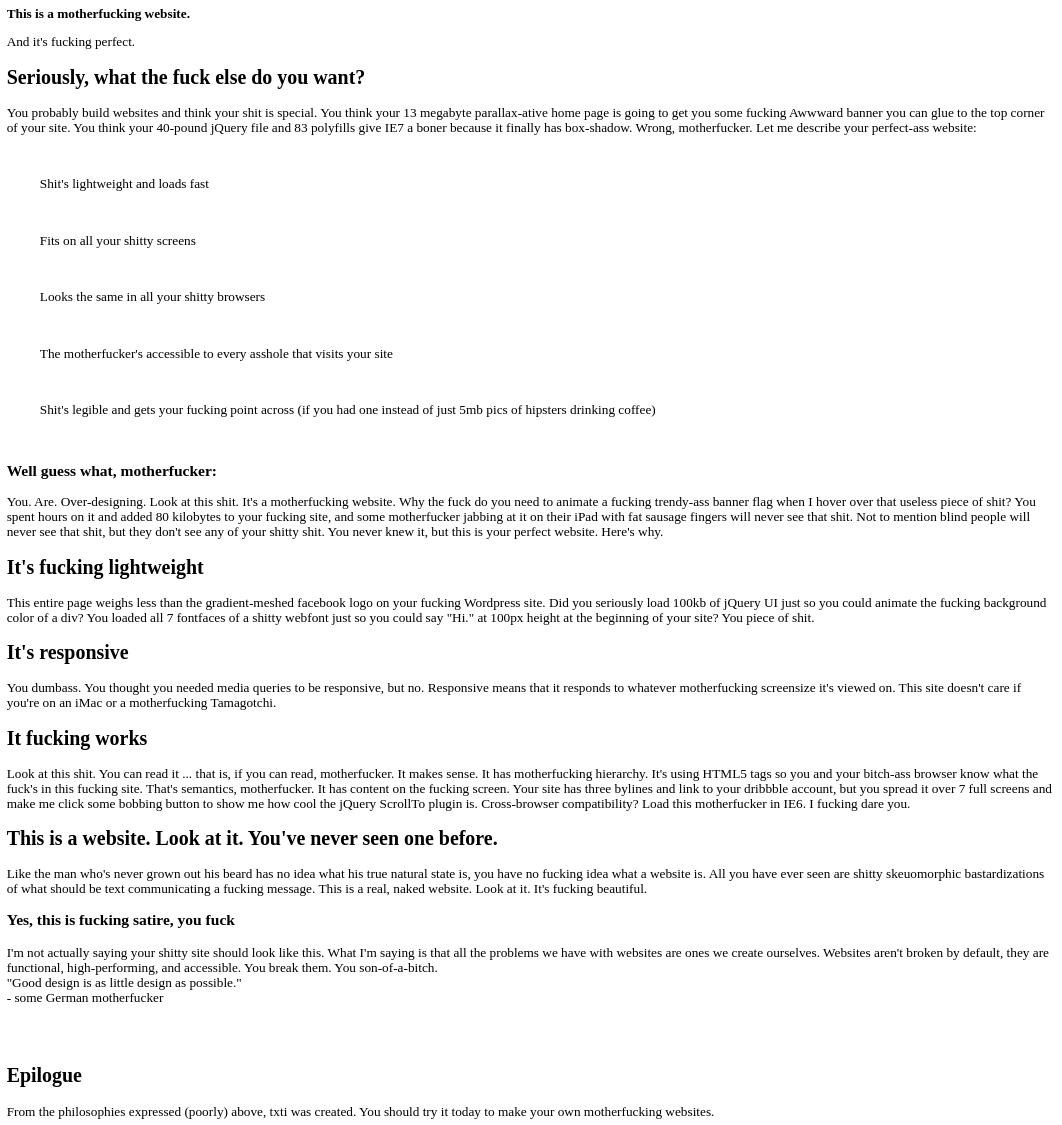
Repository: Ulrichvoitier/Refaire-Google
Page: MotherFuckingWebsite.html
An editor plug-in stored every save of this project. The page is shown before and after the next save, followed by the edit.
The browser window is 1280 px wide. The pictures show the whole page, at 83% of full size.

Above is the page before, as saved 2023-01-09 15:19:40.

After the next save:
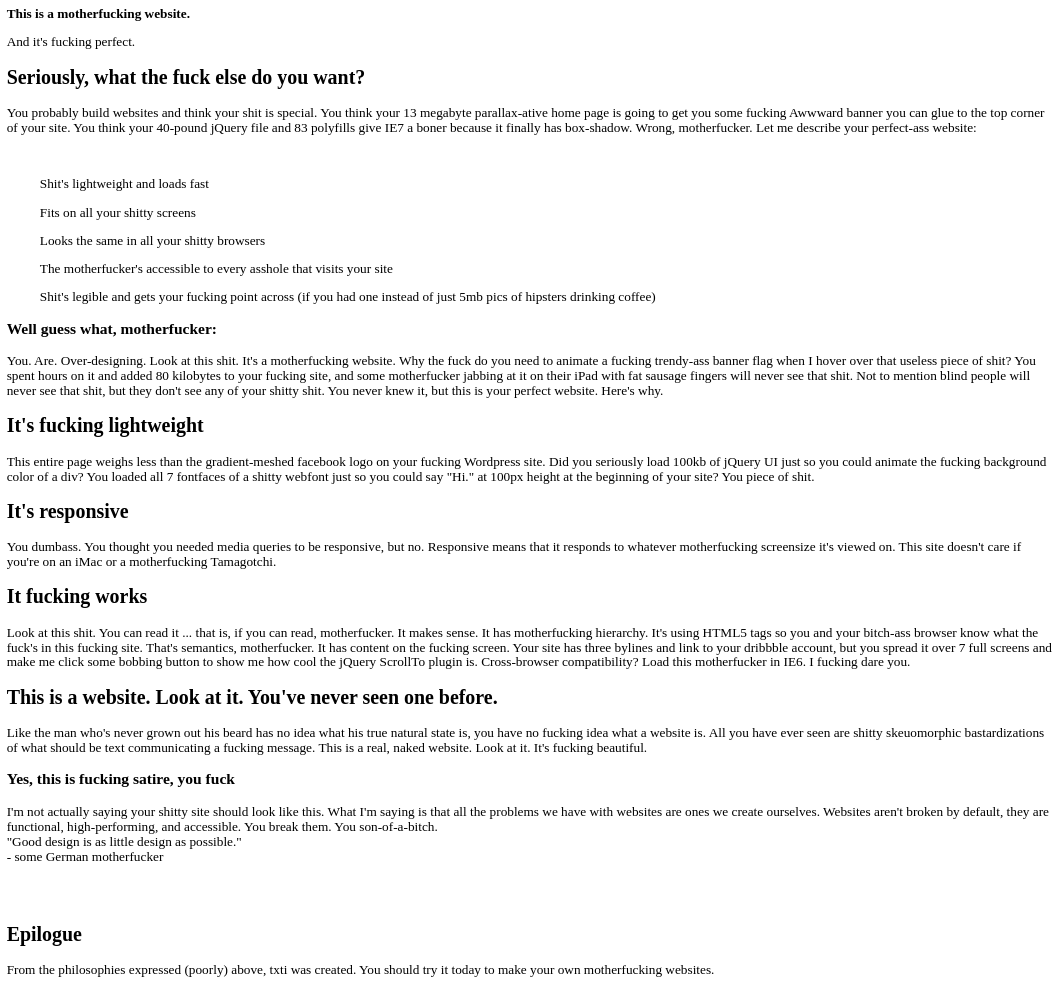
Saved 60 s later.
--- a/MotherFuckingWebsite.html
+++ b/MotherFuckingWebsite.html
@@ -9,11 +9,11 @@
 <h2>Seriously, what the fuck else do you want?</h2>
 <p>You probably build websites and think your shit is special. You think your 13 megabyte parallax-ative home page is going to get you some fucking Awwward banner you can glue to the top corner of your site. You think your 40-pound jQuery file and 83 polyfills give IE7 a boner because it finally has box-shadow. Wrong, motherfucker. Let me describe your perfect-ass website:</p>
 <br>
-    <ul>Shit's lightweight and loads fast</ul><br>
-    <ul>Fits on all your shitty screens</ul><br>
-    <ul>Looks the same in all your shitty browsers</ul><br>
-    <ul>The motherfucker's accessible to every asshole that visits your site</ul><br>
-    <ul>Shit's legible and gets your fucking point across (if you had one instead of just 5mb pics of hipsters drinking coffee)</ul><br>
+    <ul>Shit's lightweight and loads fast</ul>
+    <ul>Fits on all your shitty screens</ul>
+    <ul>Looks the same in all your shitty browsers</ul>
+    <ul>The motherfucker's accessible to every asshole that visits your site</ul>
+    <ul>Shit's legible and gets your fucking point across (if you had one instead of just 5mb pics of hipsters drinking coffee)</ul>
 <h3>Well guess what, motherfucker:</h3>
 <p>You. Are. Over-designing. Look at this shit. It's a motherfucking website. Why the fuck do you need to animate a fucking trendy-ass banner flag when I hover over that useless piece of shit? You spent hours on it and added 80 kilobytes to your fucking site, and some motherfucker jabbing at it on their iPad with fat sausage fingers will never see that shit. Not to mention blind people will never see that shit, but they don't see any of your shitty shit.
 
